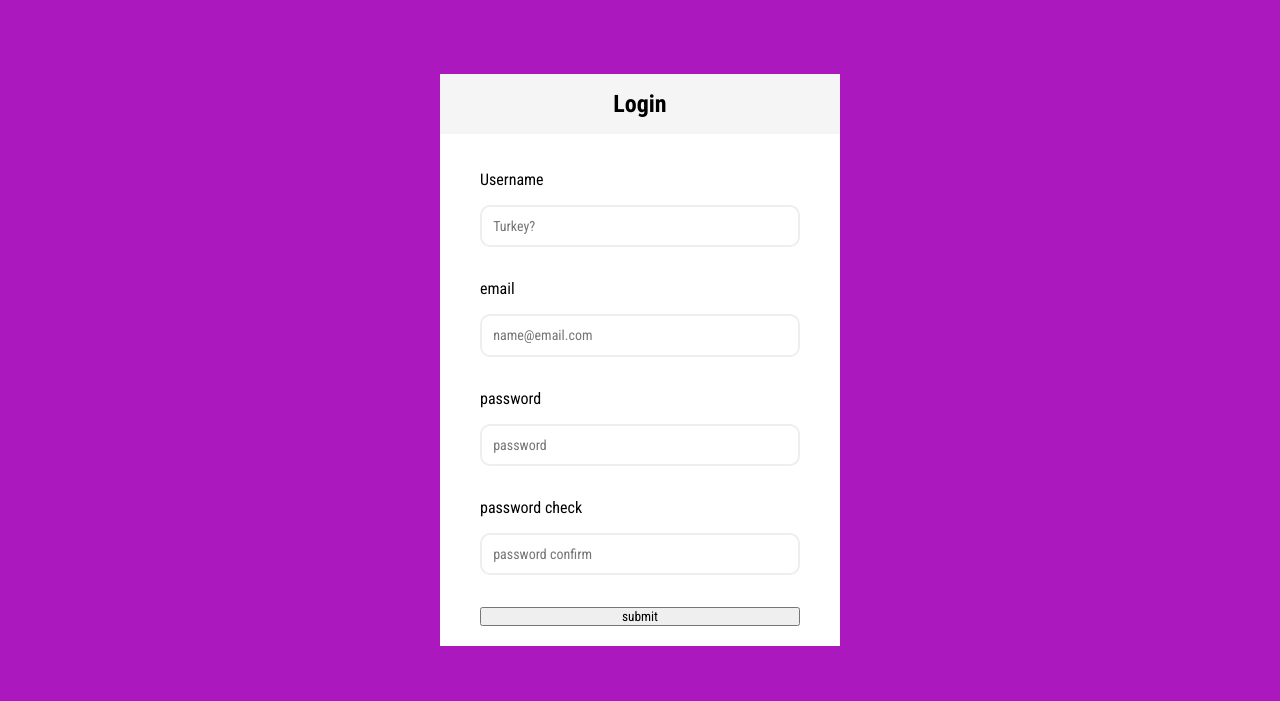
Repository: Abdoulrhman-altyeb/form-_validation-
Page: index.html
An editor plug-in stored every save of this project. The page is shown before and after a run of saves, followed by the edit.
The browser window is 1280 px wide. The pictures show the whole page.

Above is the page before, as saved 2021-05-23 20:51:43.

After the next 3 saves:
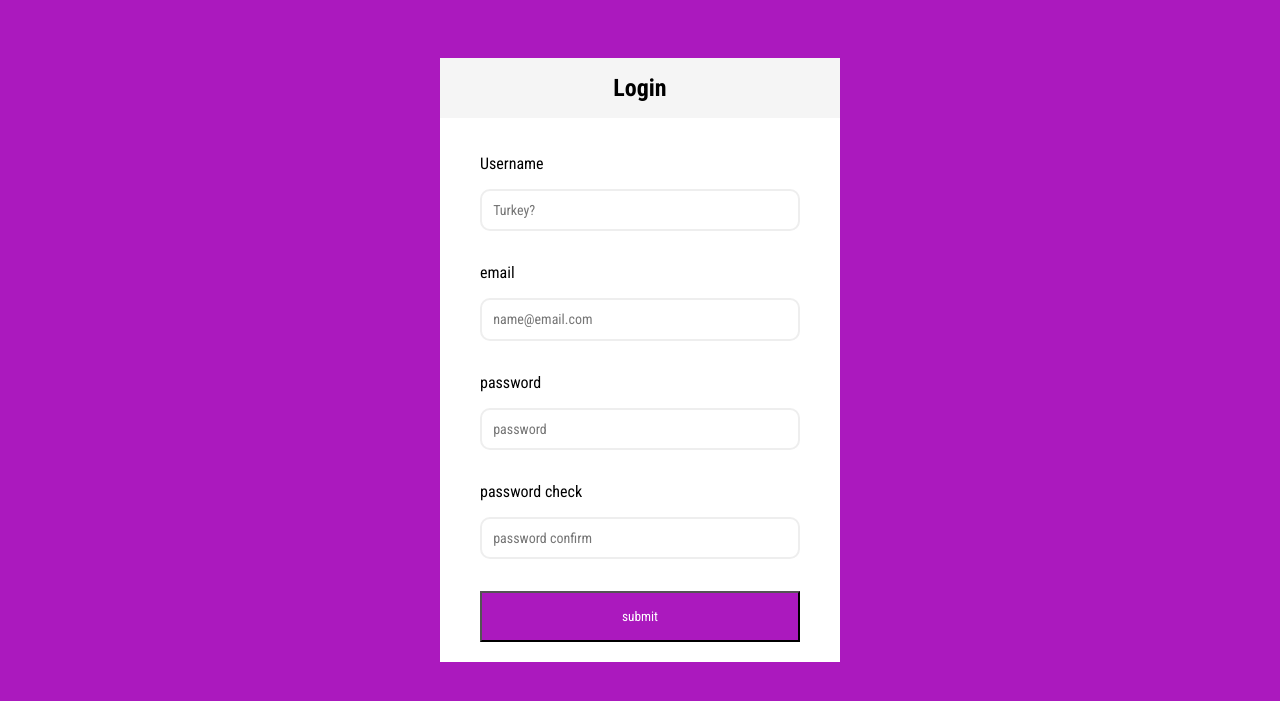
The 3 saves are shown as one change because they came seconds apart.
The last was saved 18 s later.
--- a/style.css
+++ b/style.css
@@ -62,4 +62,7 @@ body{
 #btn {
     display: block;
     width:100%;
+    background:rgb(171, 25, 190);
+    color:white;
+    padding:1rem;
 }
